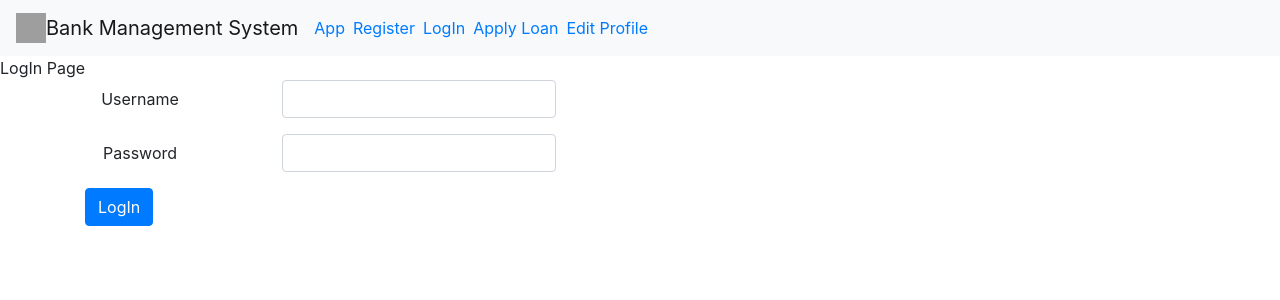
Repository: Nilkumar-Sharma/Bank-Management-System-Frontend-React
Page: /login
The author's editor kept a copy of each file at every save. The page is drawn from the files as they stood at one save, then again after the next save.
The browser window is 1280 px wide. The pictures show the whole page.
Pictures or frames that could not be fetched are drawn as grey boxes. The project was rebuilt for these pictures with package versions that can differ from the ones it lists, and the page was loaded fresh each time. Also part of the build but not shown: src/App.css, src/Counter/Counter.js, src/App.js, src/components/Register/Register.module.scss, src/components/Register/Register.js, src/components/LogIn/LogIn.module.scss, src/components/Loan/Loan.module.scss, src/components/Loan/Loan.js and 1 more.

Above is the page before, as saved 2020-07-28 13:40:43.

### src/index.js
import React from 'react';
import ReactDOM from 'react-dom';
import './index.css';
import App from './App';
import * as serviceWorker from './serviceWorker';
import { Provider } from 'react-redux'
import { createStore } from 'redux'
import rootReducer from './store/reducer'
import { BrowserRouter, Switch,Route,Link } from 'react-router-dom';
import Register from './components/Register/Register'
import { createBrowserHistory } from 'history';
import 'bootstrap/dist/css/bootstrap.min.css';
import LogIn from './components/LogIn/LogIn';
import Loan from './components/Loan/Loan'
import UpdateProfile from './components/Profile/UpdateProfile';

const store = createStore(rootReducer);
store.subscribe(_=>console.log(store.getState()))

ReactDOM.render(
  <Provider store={store}>
    <React.StrictMode>
      <BrowserRouter>

        <nav className="navbar navbar-expand-lg navbar-light bg-light ">
          {/* header */}
          <a className="navbar-brand" href="#">
            <img src="/docs/4.0/assets/brand/bootstrap-solid.svg" width="30" height="30" className="d-inline-block align-top" alt=""></img>
              Bank Management System
  </a>

          <ul className="navbar-nav  mr-auto">
          <li className="nav-item mr-2">
            <Link to="/">App</Link>
            </li>
            <li className="nav-item mr-2">
            <Link to="/register">Register</Link>
          </li>
            <li className="nav-item mr-2">
            <Link to="/login">LogIn</Link>
            </li>
            <li className="nav-item mr-2">
              <Link to="/loan">Apply Loan</Link>
            </li>
            <li className="nav-item mr-2">
              <Link to="/edit">Edit Profile</Link>
            </li>
          </ul>
        </nav>


      {/* A <Switch> looks through its children <Route>s and
            renders the first one that matches the current URL. */}
      <Switch>
        <Route exact path="/">
          <App />
          </Route>
          <Route exact path="/register">
            <Register />
          </Route>
          <Route path="/login">
            <LogIn/>
          </Route>
          <Route path="/loan">
            <Loan></Loan>
          </Route>
          <Route path="/edit">
            <UpdateProfile></UpdateProfile>
          </Route>
      </Switch>
      </BrowserRouter>
    </React.StrictMode>

  </Provider>,
  document.getElementById('root')
);

// If you want your app to work offline and load faster, you can change
// unregister() to register() below. Note this comes with some pitfalls.
// Learn more about service workers: https://bit.ly/CRA-PWA
serviceWorker.unregister();

### src/store/reducer.js
const initialState = {
    counter: 0
};

const rootReducer = (state = initialState, action) => {
    switch (action.type){
    case "INC":
            return { counter: state.counter + 1 }
        case "DEC":
            return { counter: state.counter - 1 }
        default:
            return state
}
}
export default rootReducer;

### src/components/LogIn/LogIn.js
import React, { Component } from 'react';
import InputField from '../Shared/InputField/InputField'
import style from './LogIn.module.scss';
import MyButton from '../Shared/MyButton/MyButton'
/**
 *  As a Customer, I should be able to register my details in the system so that I can
 * login into the system Acceptance criteria: Customer should be able register the details
 * in the system and it should be saved in the database. Customer should be able to login with
 * a User Id and Password that exists in database.
 * On clicking logout the session should be invalidated and login page must be displayed Capture the
 * details like Name, Username, Password, Address, State, Country, Email Address, PAN, Contact No, DOB,
 * Account Type etc

*/
class LogIn extends Component{

    render() {
        return (<div>
            LogIn Page
            <div className="container">
                {/* <InputField Label="Name"></InputField> */}
                <InputField Label="Username"></InputField>
                <InputField Label="Password"></InputField>
                {/* <InputField Label="Address"></InputField>
                <InputField Label="State"></InputField>
                <InputField Label="Country"></InputField>
                <InputField Label="Email"></InputField>
                <InputField Label="Pan"></InputField>
                <InputField Label="Contact No."></InputField>
                <InputField Label="Dob"></InputField>
                <InputField Label="Account Type"></InputField> */}

                <MyButton label="LogIn"></MyButton>









                </div>
            </div>)
        }
}
export default LogIn;

### src/components/Shared/InputField/InputField.js
import React, { Component } from 'react';
import './InputField.css'
class InputField extends Component {
    static defaultProps = {
        type: "text",
        changes:(e)=>console.log(e.target),
        Label: "Label",
        classes: "",
        value: "",
        id: "setId",
        name: "name",
        PlaceHolder: "PlaceHolder Here",
    }
    constructor(props) {
        super(props);
        this.state = {
            value: ""
        }
        // this.props.PlaceHolder = this.props.Label;

    }
    handleChange(event) {
        this.setState({ value: event.target.value });
        this.props.changes(event);
    }

    render() {
        return (
            // <div className="container-fluid">
            <div className="row">
                <div class="form-group form-inline" >
                <div className="col-6">
                    <label htmlFor={this.props.id}>{this.props.Label}</label>

                </div>
                <div className="col-6">
                        <input className="form-control" name={this.props.name} id={this.props.id} type={this.props.type} onChange={
                        // (this.props.changes) || ((e)=>{this.setState({value:e.target.value})})
                        (event) =>
                            this.handleChange(event)
                    } placeholder={this.props.placeHolder} value={this.state.value}></input>

                    </div>
                </div>
            </div>
        )
    }
}
export default InputField;

### src/components/Shared/MyButton/MyButton.js
/**
 * @props label: name of the button || default is "Label"
 * @props classes: Class Name
 * @props onClick: a function || Default is console.log("clicked")
 *
 */
import React,{Component } from 'react';

class MyButton extends Component {
    static defaultProps = {
        clicked:() => console.log("clicked "),
        label:"Button Label",
        value: "",
        classes: "btn btn-primary"
    }
    constructor(props) {
        super(props);
        console.log(this.props)

    }
    render() {
        return <button className={this.props.classes} onClick={this.props.clicked} value={this.props.value} >{this.props.label}</button>
    }

}

export default MyButton;

### src/components/Shared/InputField/InputField.css
label{
    width: 10px;
    margin-left: 50px;
}
/*  */

Loaded but not shown: public/index.html (common file); src/index.css (common file); src/serviceWorker.js (common file)

After the next save:
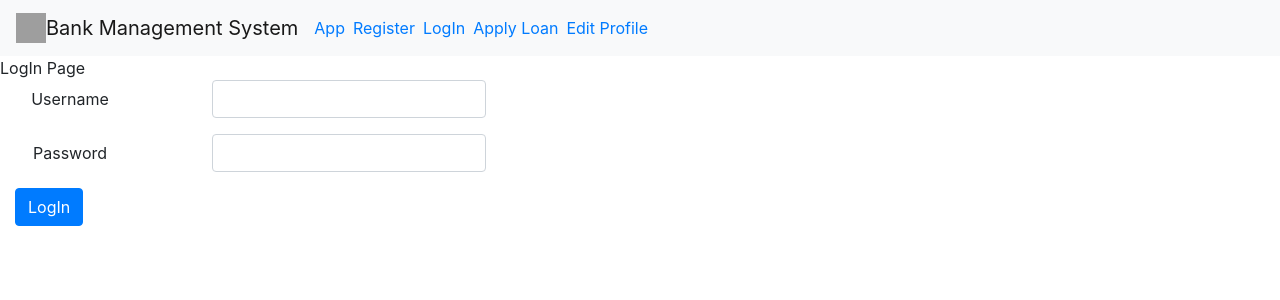
Saved 2 min 11 s later.
--- a/src/components/LogIn/LogIn.js
+++ b/src/components/LogIn/LogIn.js
@@ -17,7 +17,7 @@
     render() {
         return (<div>
             LogIn Page
-            <div className="container">
+            <div className="container-fluid">
                 {/* <InputField Label="Name"></InputField> */}
                 <InputField Label="Username"></InputField>
                 <InputField Label="Password"></InputField>

After the save that followed:
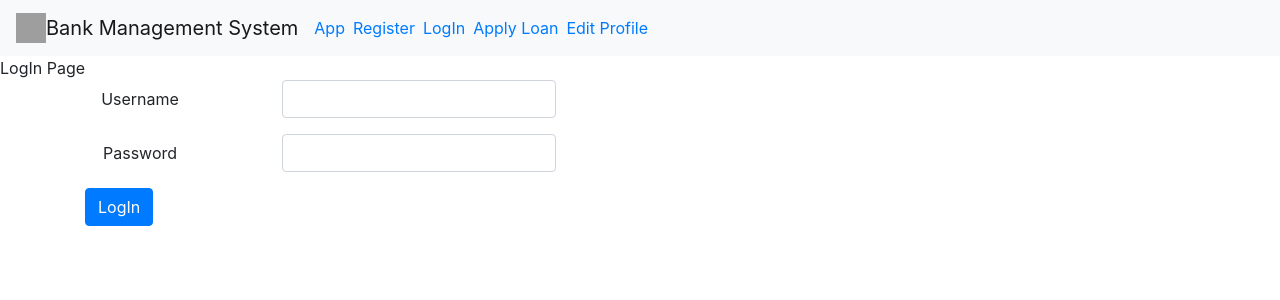
Saved 4 s later.
--- a/src/components/LogIn/LogIn.js
+++ b/src/components/LogIn/LogIn.js
@@ -17,7 +17,7 @@
     render() {
         return (<div>
             LogIn Page
-            <div className="container-fluid">
+            <div className="container">
                 {/* <InputField Label="Name"></InputField> */}
                 <InputField Label="Username"></InputField>
                 <InputField Label="Password"></InputField>
